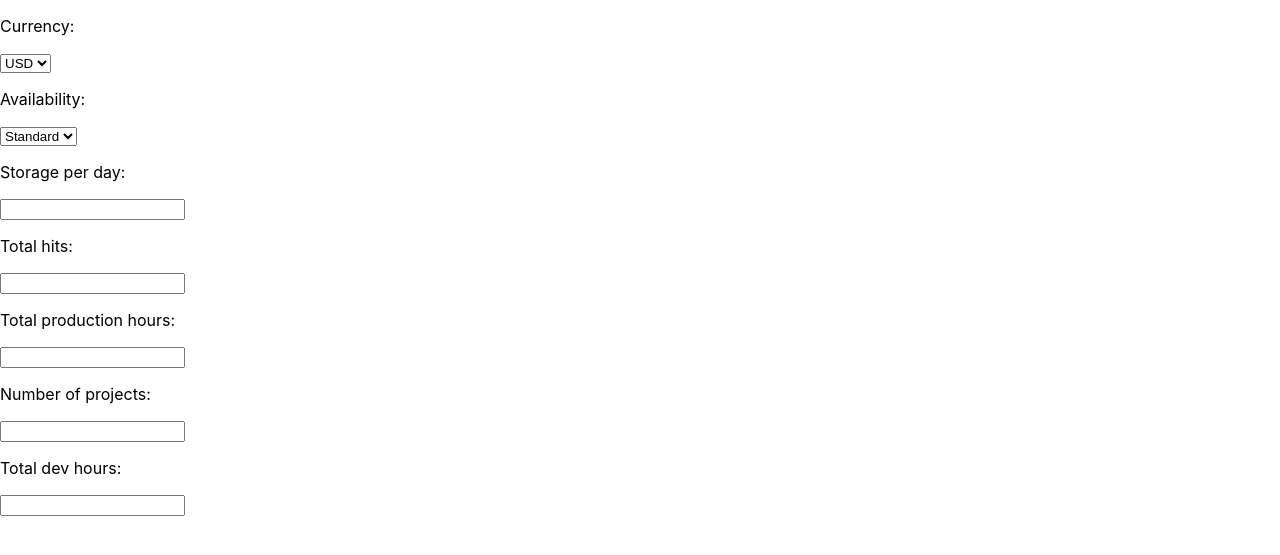
Repository: DinoDime/CostCalculator
Page: /
These files come from the project's save history. The page is drawn as it stood at one moment and after the next save; the edit follows.
The browser window is 1280 px wide. The pictures show the whole page.
The project was rebuilt for these pictures with package versions that can differ from the ones it lists, and the page was loaded fresh each time. Also part of the build but not shown: src/App.css.

Above is the page before, as saved 2021-05-10 18:06:36.

After the next save:
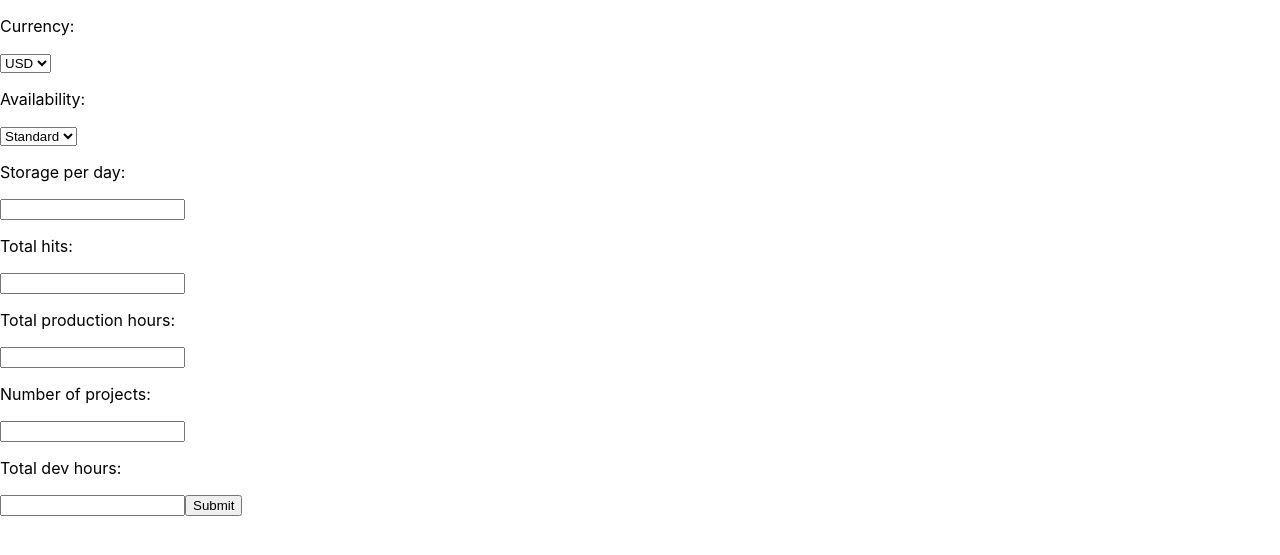
Saved 11 min 59 s later.
--- a/src/App.js
+++ b/src/App.js
@@ -36,6 +36,8 @@ function App() {
 
       <p>Total dev hours:</p>
       <input type="text" />
+
+      <button type="submit">Submit</button>
     </div>
   );
 }
